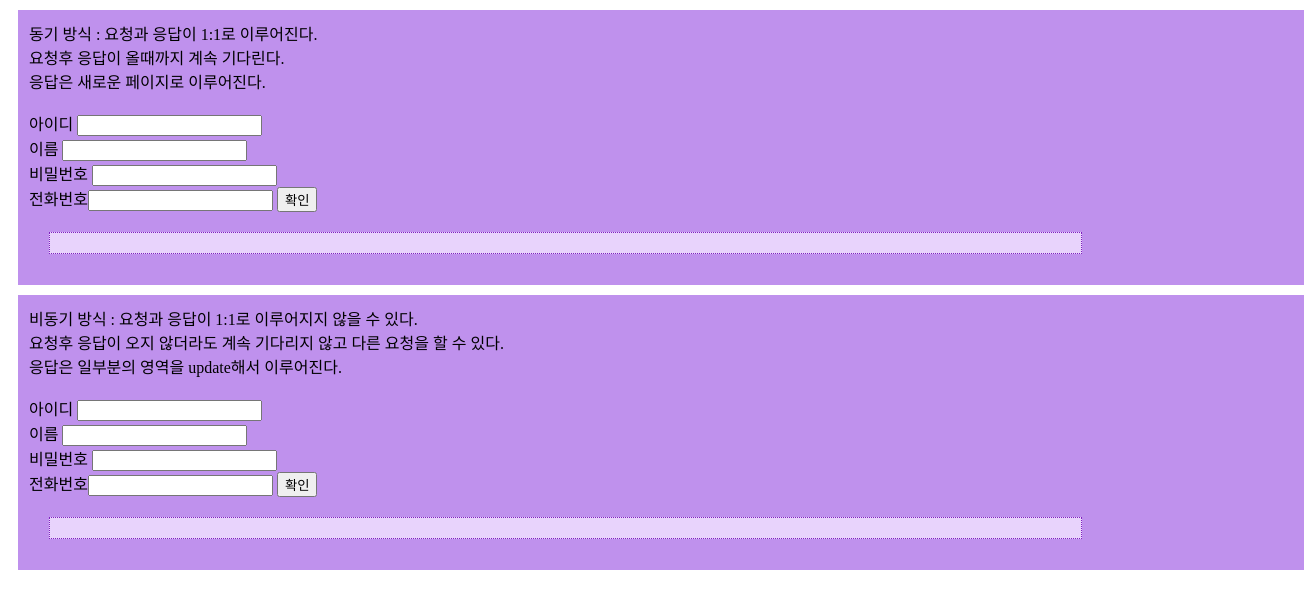
Repository: jinsoo115/jquery
Page: jqpro/WebContent/0201/ajax비동기통신.html
These files come from the project's save history. The page is drawn as it stood at one moment and after the next save; the edit follows.
The browser window is 1280 px wide. The page is 1304 px wide, so the pictures cover 1304 px, including what lies to the right of the window. The pictures show the whole page.

Above is the page before, as saved 2021-02-01 03:38:03.

After the next save:
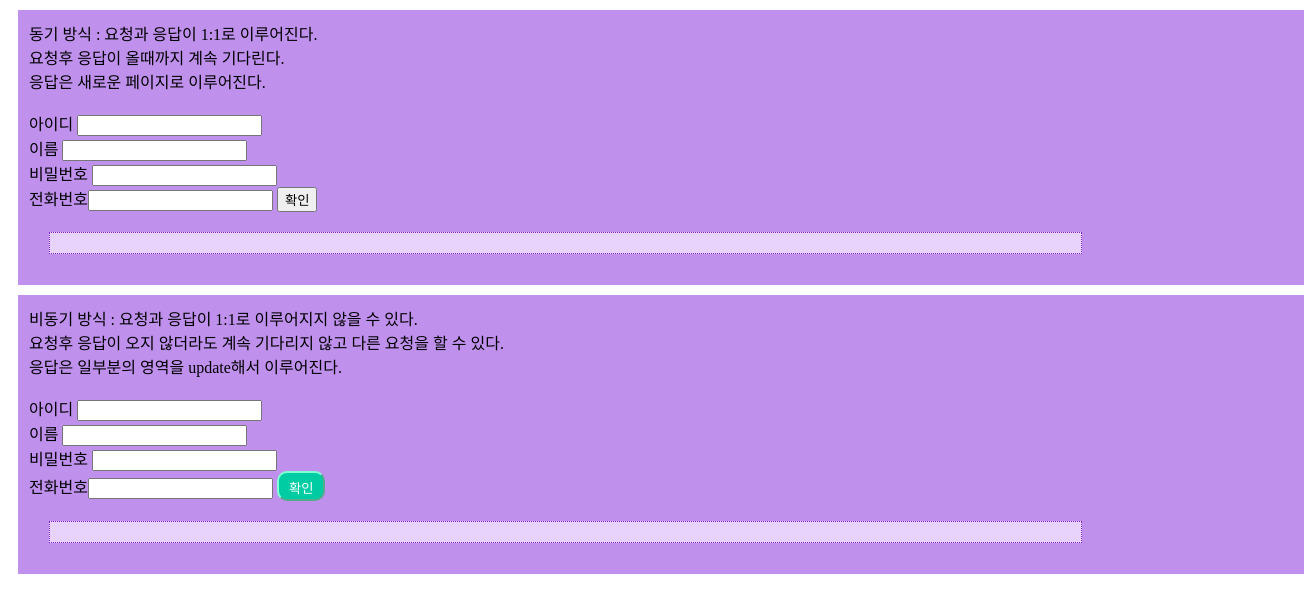
Saved 23 s later.
--- a/jqpro/WebContent/0201/ajax비동기통신.html
+++ b/jqpro/WebContent/0201/ajax비동기통신.html
@@ -42,9 +42,9 @@
     이름 <input type="text" id="name" name="name"><br>
     비밀번호 <input type="password" id="pass" name="pass"><br>
     전화번호<input type="text" id="tel" name="tel">
-<input type="submit" value="확인">
+<input type="button" value="확인">
 </form>
-<div id="result1"></div>
+<div id="result2"></div>
 </div>
 </body>
 </html>
